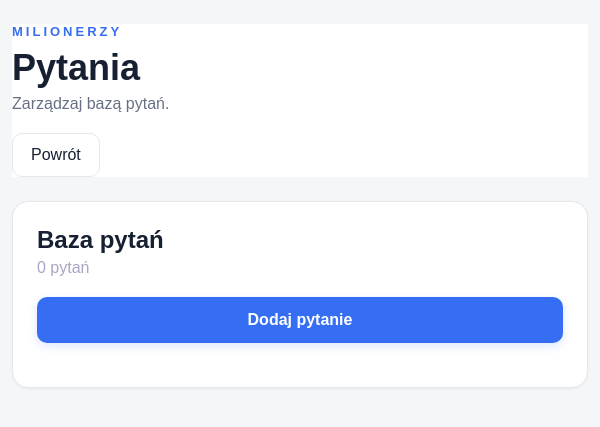
Repository: WaleonGames/HTGMilionerzy
Page: views/questions.html
The author's editor kept a copy of each file at every save. The page is drawn from the files as they stood at one save, then again after the next save.
The browser window is 600 px wide. The pictures show the whole page.

Above is the page before, as saved 2026-09-05 15:36:32.
Console error: TypeError: Cannot read properties of undefined (reading 'questions')

### views/questions.html
<!doctype html>
<html lang="pl">
<head>
  <meta charset="UTF-8">
  <meta name="viewport" content="width=device-width,initial-scale=1.0">

  <title>Milionerzy - Pytania</title>

  <link rel="stylesheet" href="../public/css/style.css">
  <link rel="stylesheet" href="../public/css/questions.css">
  <link rel="stylesheet" href="../public/css/design.css">
</head>
<body>
  <main class="questions-page">
    <header class="questions-header">
      <div>
        <span class="eyebrow">
          MILIONERZY
        </span>

        <h1>Pytania</h1>

        <p>
          Zarządzaj bazą pytań.
        </p>
      </div>

      <button
        id="backButton"
        class="back-button"
        type="button"
      >
        Powrót
      </button>
    </header>

    <section class="panel">
      <div class="list-header">
        <div>
          <h2>Baza pytań</h2>

          <span id="questionsCount">
            0 pytań
          </span>
        </div>

        <button
          id="addQuestionButton"
          class="primary-button"
          type="button"
        >
          Dodaj pytanie
        </button>
      </div>

      <div
        id="questionsList"
        class="questions-list"
      ></div>
    </section>
  </main>

  <div
    id="questionModal"
    class="modal-backdrop"
    hidden
  >
    <div
      class="modal"
      role="dialog"
      aria-modal="true"
      aria-labelledby="modalTitle"
    >
      <div class="modal-header">
        <div>
          <span class="eyebrow">
            PYTANIA
          </span>

          <h2 id="modalTitle">
            Dodaj pytanie
          </h2>
        </div>

        <button
          id="closeModalButton"
          class="modal-close"
          type="button"
          aria-label="Zamknij"
        >
          ×
        </button>
      </div>

      <form id="questionForm">
        <div class="field">
          <label for="questionInput">
            Treść pytania
          </label>

          <textarea
            id="questionInput"
            rows="4"
            placeholder="Wpisz treść pytania..."
            required
          ></textarea>
        </div>

        <div class="answers-grid">
          <label class="answer-field">
            <span>A</span>

            <input
              id="answerA"
              type="text"
              placeholder="Odpowiedź A"
              required
            >
          </label>

          <label class="answer-field">
            <span>B</span>

            <input
              id="answerB"
              type="text"
              placeholder="Odpowiedź B"
              required
            >
          </label>

          <label class="answer-field">
            <span>C</span>

            <input
              id="answerC"
              type="text"
              placeholder="Odpowiedź C"
              required
            >
          </label>

          <label class="answer-field">
            <span>D</span>

            <input
              id="answerD"
              type="text"
              placeholder="Odpowiedź D"
              required
            >
          </label>
        </div>

        <div class="field">
          <label for="correctAnswer">
            Poprawna odpowiedź
          </label>

          <select
            id="correctAnswer"
            required
          >
            <option value="">
              Wybierz...
            </option>

            <option value="A">
              A
            </option>

            <option value="B">
              B
            </option>

            <option value="C">
              C
            </option>

            <option value="D">
              D
            </option>
          </select>
        </div>

        <div class="modal-actions">
          <button
            id="cancelModalButton"
            class="secondary-button"
            type="button"
          >
            Anuluj
          </button>

          <button
            class="primary-button"
            type="submit"
          >
            Dodaj pytanie
          </button>
        </div>
      </form>
    </div>
  </div>

  <script src="../public/js/design.js"></script>
  <script src="../public/js/questions.js"></script>
</body>
</html>

### public/css/style.css
*{
  box-sizing:border-box;
  margin:0;
  padding:0;
}

html,
body{
  min-height:100%;
}

body{
  min-height:100vh;
  font-family:Arial,sans-serif;
  background:
    radial-gradient(circle at top,#171041 0,#090719 45%,#05040d 100%);
  color:#fff;
}

button,
input,
textarea,
select{
  font:inherit;
}

button{
  cursor:pointer;
}

.eyebrow{
  display:block;
  margin-bottom:8px;
  color:#9c8cff;
  font-size:13px;
  font-weight:700;
  letter-spacing:3px;
}

.main-menu{
  display:flex;
  flex-direction:column;
  justify-content:center;
  width:min(1000px,calc(100% - 40px));
  min-height:100vh;
  margin:0 auto;
  padding:40px 0;
}

.menu-header{
  margin-bottom:32px;
}

.menu-header h1{
  margin-bottom:8px;
  font-size:42px;
}

.menu-header p{
  color:#aaa4c5;
  font-size:17px;
}

.menu-grid{
  display:grid;
  grid-template-columns:1fr 1fr;
  gap:16px;
}

.menu-card{
  display:flex;
  flex-direction:column;
  align-items:flex-start;
  min-height:150px;
  padding:24px;
  border:1px solid #2c2751;
  border-radius:16px;
  background:#100d25;
  color:#fff;
  text-align:left;
  transition:
    transform .2s ease,
    border-color .2s ease,
    background .2s ease;
}

.menu-card:hover{
  transform:translateY(-2px);
  border-color:#6558a8;
  background:#171331;
}

.menu-card-primary{
  border-color:#5d4fd1;
  background:#251b65;
}

.menu-card-primary:hover{
  background:#30247c;
}

.menu-card-danger{
  border-color:#5a2730;
}

.menu-card-danger:hover{
  border-color:#a34050;
  background:#35151d;
}

.menu-card-title{
  margin-bottom:10px;
  font-size:22px;
  font-weight:700;
}

.menu-card-description{
  color:#aaa4c5;
  line-height:1.5;
}

.menu-card-primary .menu-card-description{
  color:#cbc5ff;
}

.panel{
  padding:24px;
  border:1px solid #29244d;
  border-radius:16px;
  background:#100d25;
}

.panel h2{
  margin-bottom:20px;
}

.field{
  display:flex;
  flex-direction:column;
  gap:8px;
  margin-bottom:18px;
}

.field label{
  color:#cbc7e5;
  font-size:14px;
  font-weight:700;
}

input,
textarea,
select{
  width:100%;
  padding:13px 14px;
  border:1px solid #37305f;
  border-radius:9px;
  outline:none;
  background:#0a081a;
  color:#fff;
}

input:focus,
textarea:focus,
select:focus{
  border-color:#705cff;
}

textarea{
  resize:vertical;
}

.primary-button{
  min-height:46px;
  padding:0 20px;
  border:0;
  border-radius:9px;
  background:#5b45e0;
  color:#fff;
  font-weight:700;
}

.primary-button:hover{
  background:#6c55ef;
}

@media(max-width:700px){
  .main-menu{
    width:calc(100% - 24px);
    padding:24px 0;
  }

  .menu-header h1{
    font-size:34px;
  }

  .menu-grid{
    grid-template-columns:1fr;
  }
}

### public/css/questions.css
.questions-page{
  width:min(1300px,calc(100% - 40px));
  margin:0 auto;
  padding:40px 0;
}

.questions-header{
  display:flex;
  align-items:center;
  justify-content:space-between;
  gap:20px;
  margin-bottom:24px;
}

.questions-header h1{
  margin:5px 0 6px;
  font-size:36px;
}

.questions-header p{
  color:#aaa4c5;
}

.back-button,
.secondary-button{
  min-height:44px;
  padding:0 18px;
  border:1px solid #37305f;
  border-radius:9px;
  background:#171331;
  color:#fff;
}

.back-button:hover,
.secondary-button:hover{
  background:#211b42;
}

.list-header{
  display:flex;
  align-items:center;
  justify-content:space-between;
  gap:20px;
  margin-bottom:20px;
}

.list-header h2{
  margin-bottom:5px;
}

.list-header span{
  color:#aaa4c5;
}

.questions-list{
  display:flex;
  flex-direction:column;
  gap:12px;
}

.question-card{
  padding:18px;
  border:1px solid #302a55;
  border-radius:12px;
  background:#0a081a;
}

.question-card-header{
  display:flex;
  align-items:flex-start;
  justify-content:space-between;
  gap:16px;
  margin-bottom:14px;
}

.question-card h3{
  font-size:17px;
  line-height:1.45;
}

.delete-button{
  flex:0 0 auto;
  min-height:36px;
  padding:0 12px;
  border:0;
  border-radius:8px;
  background:#401821;
  color:#ff8794;
}

.delete-button:hover{
  background:#56202b;
}

.question-answers{
  display:grid;
  grid-template-columns:1fr 1fr;
  gap:8px;
}

.question-answer{
  padding:10px 12px;
  border-radius:8px;
  background:#15112d;
  color:#ccc7df;
}

.question-answer strong{
  margin-right:6px;
  color:#9284ff;
}

.question-answer.correct{
  background:#123426;
  color:#79e7ad;
}

.empty-state{
  padding:40px 20px;
  border:1px dashed #37305f;
  border-radius:12px;
  color:#8e88a5;
  text-align:center;
}

.modal-backdrop{
  position:fixed;
  inset:0;
  z-index:1000;
  display:flex;
  align-items:center;
  justify-content:center;
  padding:24px;
  background:rgba(3,2,12,.78);
}

.modal-backdrop[hidden]{
  display:none;
}

.modal{
  width:min(680px,100%);
  max-height:calc(100vh - 48px);
  overflow:auto;
  padding:24px;
  border:1px solid #312b58;
  border-radius:16px;
  background:#100d25;
}

.modal-header{
  display:flex;
  align-items:flex-start;
  justify-content:space-between;
  gap:20px;
  margin-bottom:24px;
}

.modal-header h2{
  margin-top:4px;
  font-size:26px;
}

.modal-close{
  display:flex;
  align-items:center;
  justify-content:center;
  width:42px;
  height:42px;
  border:1px solid #37305f;
  border-radius:9px;
  background:#171331;
  color:#fff;
  font-size:26px;
}

.modal-close:hover{
  background:#211b42;
}

.answers-grid{
  display:grid;
  grid-template-columns:1fr 1fr;
  gap:12px;
  margin-bottom:18px;
}

.answer-field{
  display:flex;
  align-items:center;
  overflow:hidden;
  border:1px solid #37305f;
  border-radius:9px;
  background:#0a081a;
}

.answer-field span{
  display:flex;
  align-items:center;
  justify-content:center;
  align-self:stretch;
  width:46px;
  background:#1a1636;
  color:#9d8fff;
  font-weight:700;
}

.answer-field input{
  border:0;
  border-radius:0;
}

.modal-actions{
  display:flex;
  justify-content:flex-end;
  gap:12px;
  margin-top:24px;
}

@media(max-width:700px){
  .questions-page{
    width:calc(100% - 24px);
    padding:24px 0;
  }

  .questions-header,
  .list-header{
    align-items:flex-start;
    flex-direction:column;
  }

  .answers-grid,
  .question-answers{
    grid-template-columns:1fr;
  }

  .list-header .primary-button{
    width:100%;
  }

  .modal-actions{
    flex-direction:column-reverse;
  }

  .modal-actions button{
    width:100%;
  }
}

### public/css/design.css
:root{
  --design-bg:#f5f6f8;

  --design-surface:#ffffff;
  --design-surface-soft:#f8fafc;
  --design-surface-hover:#f3f5f7;
  --design-surface-active:#eef4ff;

  --design-text:#172033;
  --design-text-soft:#344054;
  --design-muted:#667085;
  --design-placeholder:#98a2b3;

  --design-border:#e4e7ec;
  --design-border-strong:#d0d5dd;

  --design-primary:#356df3;
  --design-primary-hover:#285bd4;
  --design-primary-light:#eaf0ff;

  --design-danger:#b42318;
  --design-danger-hover:#912018;
  --design-danger-light:#fef3f2;
  --design-danger-border:#fecdca;

  --design-success:#067647;
  --design-success-light:#ecfdf3;

  --design-warning:#b54708;
  --design-warning-light:#fffaeb;

  --design-radius-sm:8px;
  --design-radius-md:10px;
  --design-radius-lg:14px;
  --design-radius-xl:18px;

  --design-shadow-sm:0 1px 3px rgba(16,24,40,.06);
  --design-shadow-md:0 8px 24px rgba(16,24,40,.08);
  --design-shadow-lg:0 16px 40px rgba(16,24,40,.12);
}

/* =========================
   RESET / GLOBAL
========================= */

html{
  background:var(--design-bg) !important;
}

body{
  background:var(--design-bg) !important;
  color:var(--design-text) !important;
}

body,
button,
input,
select,
textarea{
  font-family:Arial,sans-serif !important;
}

button,
input,
select,
textarea{
  font-size:inherit;
}

button{
  cursor:pointer;
}

a{
  color:inherit;
}

/* =========================
   PAGE BACKGROUNDS
========================= */

.main-menu,
.questions-page,
.settings-layout,
.settings-content{
  background:var(--design-bg) !important;
}

/* =========================
   WHITE SURFACES
========================= */

header,
.header,
.topbar,
.menu-header,
.questions-header,
.sidebar,
.settings-sidebar,
.panel,
.card,
.modal,
.modal-content,
.settings-card,
.question-card{
  background:var(--design-surface) !important;
  color:var(--design-text) !important;
}

/* =========================
   HEADERS
========================= */

.menu-header,
.questions-header,
.topbar{
  border-color:var(--design-border) !important;
}

h1,
h2,
h3,
h4,
h5,
h6{
  color:var(--design-text) !important;
}

p,
.description,
.subtitle,
.muted,
small{
  color:var(--design-muted) !important;
}

.eyebrow{
  color:var(--design-primary) !important;
}

/* =========================
   PANELS / CARDS
========================= */

.panel,
.card,
.settings-card,
.question-card{
  background:#fff !important;
  border-color:var(--design-border) !important;
  box-shadow:var(--design-shadow-sm) !important;
}

.card:hover,
.question-card:hover{
  border-color:var(--design-border-strong) !important;
}

/* =========================
   MAIN MENU CARDS
========================= */

.menu-card{
  background:#fff !important;
  color:var(--design-text) !important;

  border:1px solid var(--design-border) !important;

  border-radius:var(--design-radius-lg) !important;

  box-shadow:var(--design-shadow-sm) !important;
}

.menu-card:hover{
  background:var(--design-surface-hover) !important;
  border-color:var(--design-border-strong) !important;
}

.menu-card-title{
  color:var(--design-text) !important;
}

.menu-card-description{
  color:var(--design-muted) !important;
}

/* =========================
   PRIMARY MENU CARD
========================= */

.menu-card-primary{
  background:var(--design-primary) !important;
  border-color:var(--design-primary) !important;

  color:#fff !important;
}

.menu-card-primary:hover{
  background:var(--design-primary-hover) !important;
  border-color:var(--design-primary-hover) !important;
}

.menu-card-primary .menu-card-title,
.menu-card-primary .menu-card-description{
  color:#fff !important;
}

.menu-card-primary .menu-card-description{
  opacity:.82;
}

/* =========================
   DANGER MENU CARD
========================= */

.menu-card-danger{
  background:#fff !important;

  border-color:var(--design-danger-border) !important;

  color:var(--design-danger) !important;
}

.menu-card-danger:hover{
  background:var(--design-danger-light) !important;
}

.menu-card-danger .menu-card-title{
  color:var(--design-danger) !important;
}

.menu-card-danger .menu-card-description{
  color:#b5473e !important;
}

/* =========================
   INPUTS
========================= */

input,
select,
textarea{
  background:#fff !important;

  color:var(--design-text) !important;

  border:1px solid var(--design-border-strong) !important;

  border-radius:var(--design-radius-md) !important;

  outline:none !important;
}

input::placeholder,
textarea::placeholder{
  color:var(--design-placeholder) !important;
}

input:hover,
select:hover,
textarea:hover{
  border-color:#b8c0cc !important;
}

input:focus,
select:focus,
textarea:focus{
  border-color:var(--design-primary) !important;

  box-shadow:
    0 0 0 3px rgba(53,109,243,.12) !important;

  outline:none !important;
}

select{
  background-color:#fff !important;
}

/* =========================
   TEXTAREA
========================= */

textarea{
  resize:vertical;
}

/* =========================
   NORMAL BUTTON
========================= */

button{
  border-radius:var(--design-radius-md) !important;
}

button:not(
  .button-primary
):not(
  .primary-button
):not(
  .primary
):not(
  .menu-card
):not(
  .danger
):not(
  .delete-button
):not(
  .menu-card-danger
){
  background:#fff !important;

  color:var(--design-text) !important;

  border-color:var(--design-border) !important;
}

button:not(
  .button-primary
):not(
  .primary-button
):not(
  .primary
):not(
  .menu-card
):not(
  .danger
):not(
  .delete-button
):not(
  .menu-card-danger
):hover{
  background:var(--design-surface-hover) !important;

  border-color:var(--design-border-strong) !important;
}

/* =========================
   PRIMARY BUTTONS
========================= */

.button-primary,
.primary-button,
.primary,
[data-primary]{
  background:var(--design-primary) !important;

  color:#fff !important;

  border-color:var(--design-primary) !important;

  box-shadow:
    0 3px 10px rgba(53,109,243,.18) !important;
}

.button-primary:hover,
.primary-button:hover,
.primary:hover,
[data-primary]:hover{
  background:var(--design-primary-hover) !important;

  border-color:var(--design-primary-hover) !important;
}

/* =========================
   SECONDARY BUTTONS
========================= */

.button-secondary,
.secondary-button,
.back-button,
.icon-button,
.modal-close{
  background:#fff !important;

  color:var(--design-text-soft) !important;

  border-color:var(--design-border) !important;
}

.button-secondary:hover,
.secondary-button:hover,
.back-button:hover,
.icon-button:hover,
.modal-close:hover{
  background:var(--design-surface-hover) !important;

  border-color:var(--design-border-strong) !important;
}

/* =========================
   DANGER BUTTONS
========================= */

.delete-button,
.danger{
  background:var(--design-danger-light) !important;

  color:var(--design-danger) !important;

  border-color:var(--design-danger-border) !important;
}

.delete-button:hover,
.danger:hover{
  background:#fee4e2 !important;

  color:var(--design-danger-hover) !important;

  border-color:#fda29b !important;
}

/* =========================
   BUTTON DISABLED
========================= */

button:disabled{
  opacity:.55 !important;
  cursor:not-allowed !important;
}

/* =========================
   SIDEBAR
========================= */

.sidebar,
.settings-sidebar{
  background:#fff !important;

  border-color:var(--design-border) !important;
}

.sidebar a,
.sidebar button,
.settings-tab{
  color:var(--design-text-soft) !important;
}

.sidebar a:hover,
.sidebar button:hover,
.settings-tab:hover{
  background:var(--design-surface-hover) !important;

  color:var(--design-text) !important;
}

.sidebar .active,
.sidebar a.active,
.sidebar button.active,
.settings-tab.active{
  background:var(--design-primary-light) !important;

  color:var(--design-primary) !important;
}

.settings-tab.active::before{
  background:var(--design-primary) !important;
}

/* =========================
   QUESTIONS
========================= */

.questions-list{
  background:transparent !important;
}

.question-card{
  background:#fff !important;

  border:1px solid var(--design-border) !important;

  border-radius:var(--design-radius-lg) !important;
}

.question-card-header{
  border-color:var(--design-border) !important;
}

.question-answer{
  background:var(--design-surface-soft) !important;

  color:var(--design-text-soft) !important;

  border-color:var(--design-border) !important;
}

.question-answer.correct{
  background:var(--design-success-light) !important;

  color:var(--design-success) !important;

  border-color:#abefc6 !important;
}

.empty-state{
  background:#fff !important;

  color:var(--design-muted) !important;

  border-color:var(--design-border) !important;
}

/* =========================
   ANSWER INPUTS
========================= */

.answer-field{
  background:var(--design-surface-soft) !important;

  border-color:var(--design-border) !important;
}

.answer-field>span{
  color:var(--design-primary) !important;
}

/* =========================
   MODAL BACKDROP
========================= */

.modal-backdrop,
.modal-overlay{
  background:rgba(15,23,42,.46) !important;

  backdrop-filter:blur(2px);
}

/* =========================
   MODAL
========================= */

.modal,
.modal-content{
  background:#fff !important;

  color:var(--design-text) !important;

  border-color:var(--design-border) !important;

  box-shadow:var(--design-shadow-lg) !important;
}

.modal-header{
  background:#fff !important;

  border-color:var(--design-border) !important;
}

.modal-actions{
  border-color:var(--design-border) !important;
}

/* =========================
   SETTINGS
========================= */

.settings-card{
  background:#fff !important;
}

.switch-row{
  background:var(--design-surface-soft) !important;

  border-color:var(--design-border) !important;
}

.switch-row:hover{
  background:var(--design-surface-hover) !important;

  border-color:var(--design-border-strong) !important;
}

/* =========================
   SETTINGS SWITCH
========================= */

.switch-row input[type="checkbox"]{
  border:0 !important;

  background:#cbd5e1 !important;

  box-shadow:none !important;
}

.switch-row input[type="checkbox"]:checked{
  background:var(--design-primary) !important;
}

/* =========================
   PRIZE TREE
========================= */

.prize-level{
  background:var(--design-surface-soft) !important;

  border-color:var(--design-border) !important;
}

.prize-level:hover{
  border-color:var(--design-border-strong) !important;
}

.prize-level-number{
  color:var(--design-text-soft) !important;
}

/* =========================
   CHECKBOX / RADIO
========================= */

input[type="checkbox"],
input[type="radio"]{
  accent-color:var(--design-primary) !important;
}

/* =========================
   RANGE
========================= */

input[type="range"]{
  accent-color:var(--design-primary) !important;
}

/* =========================
   COLOR INPUT
========================= */

input[type="color"]{
  background:#fff !important;

  border-color:var(--design-border-strong) !important;
}

/* =========================
   TABLE
========================= */

table{
  background:#fff !important;

  color:var(--design-text) !important;

  border-color:var(--design-border) !important;
}

thead{
  background:var(--design-surface-soft) !important;
}

th{
  color:var(--design-text-soft) !important;
}

th,
td{
  border-color:var(--design-border) !important;
}

tbody tr:hover td{
  background:#fafbfc !important;
}

/* =========================
   STATUS MESSAGE
========================= */

.status-message{
  background:var(--design-text) !important;

  color:#fff !important;

  box-shadow:var(--design-shadow-md) !important;
}

/* =========================
   SCROLLBAR
========================= */

*{
  scrollbar-color:#cbd5e1 transparent;
}

*::-webkit-scrollbar{
  width:9px;
  height:9px;
}

*::-webkit-scrollbar-track{
  background:transparent;
}

*::-webkit-scrollbar-thumb{
  background:#cbd5e1;

  border-radius:999px;
}

*::-webkit-scrollbar-thumb:hover{
  background:#aeb8c5;
}

/* =========================
   SELECTION
========================= */

::selection{
  background:#dbe7ff !important;

  color:var(--design-text) !important;
}

/* =========================
   DESIGN MARKER
========================= */

html[data-design="white"]{
  color-scheme:light !important;
}

body.design-loaded{
  visibility:visible !important;
}

Loaded but not shown: public/js/questions.js (220 lines, source omitted); public/js/design.js (52 lines, source omitted)

After the next save:
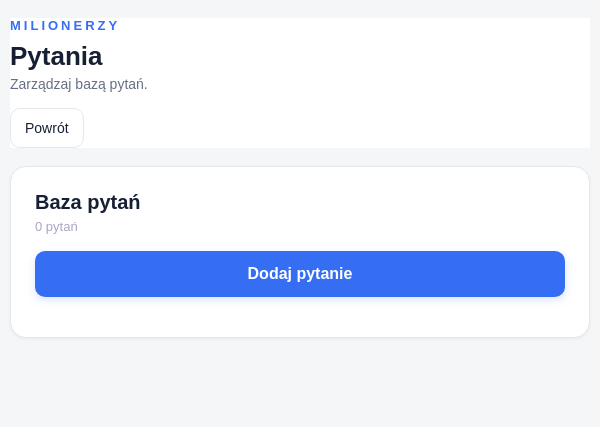
Saved 54 s later.
--- a/public/css/questions.css
+++ b/public/css/questions.css
@@ -1,34 +1,36 @@
 .questions-page{
-  width:min(1300px,calc(100% - 40px));
+  width:min(1100px,calc(100% - 32px));
   margin:0 auto;
-  padding:40px 0;
+  padding:28px 0;
 }
 
 .questions-header{
   display:flex;
   align-items:center;
   justify-content:space-between;
-  gap:20px;
-  margin-bottom:24px;
+  gap:16px;
+  margin-bottom:18px;
 }
 
 .questions-header h1{
-  margin:5px 0 6px;
-  font-size:36px;
+  margin:4px 0 4px;
+  font-size:30px;
 }
 
 .questions-header p{
+  font-size:14px;
   color:#aaa4c5;
 }
 
 .back-button,
 .secondary-button{
-  min-height:44px;
-  padding:0 18px;
+  min-height:40px;
+  padding:0 14px;
   border:1px solid #37305f;
-  border-radius:9px;
+  border-radius:8px;
   background:#171331;
   color:#fff;
+  font-size:14px;
 }
 
 .back-button:hover,
@@ -40,52 +42,55 @@
   display:flex;
   align-items:center;
   justify-content:space-between;
-  gap:20px;
-  margin-bottom:20px;
+  gap:16px;
+  margin-bottom:16px;
 }
 
 .list-header h2{
-  margin-bottom:5px;
+  margin-bottom:3px;
+  font-size:20px;
 }
 
 .list-header span{
+  font-size:13px;
   color:#aaa4c5;
 }
 
 .questions-list{
   display:flex;
   flex-direction:column;
+  gap:9px;
+}
+
+.question-card{
+  padding:14px;
+  border:1px solid #302a55;
+  border-radius:10px;
+  background:#0a081a;
+}
+
+.question-card-header{
+  display:flex;
+  align-items:flex-start;
+  justify-content:space-between;
   gap:12px;
-}
-
-.question-card{
-  padding:18px;
-  border:1px solid #302a55;
-  border-radius:12px;
-  background:#0a081a;
-}
-
-.question-card-header{
-  display:flex;
-  align-items:flex-start;
-  justify-content:space-between;
-  gap:16px;
-  margin-bottom:14px;
+  margin-bottom:10px;
 }
 
 .question-card h3{
-  font-size:17px;
-  line-height:1.45;
+  font-size:15px;
+  line-height:1.4;
 }
 
 .delete-button{
   flex:0 0 auto;
-  min-height:36px;
-  padding:0 12px;
+  min-height:32px;
+  padding:0 10px;
   border:0;
-  border-radius:8px;
+  border-radius:7px;
   background:#401821;
   color:#ff8794;
+  font-size:13px;
 }
 
 .delete-button:hover{
@@ -95,18 +100,19 @@
 .question-answers{
   display:grid;
   grid-template-columns:1fr 1fr;
-  gap:8px;
+  gap:6px;
 }
 
 .question-answer{
-  padding:10px 12px;
-  border-radius:8px;
+  padding:8px 10px;
+  border-radius:7px;
   background:#15112d;
   color:#ccc7df;
+  font-size:14px;
 }
 
 .question-answer strong{
-  margin-right:6px;
+  margin-right:4px;
   color:#9284ff;
 }
 
@@ -116,11 +122,12 @@
 }
 
 .empty-state{
-  padding:40px 20px;
+  padding:28px 16px;
   border:1px dashed #37305f;
-  border-radius:12px;
+  border-radius:10px;
   color:#8e88a5;
   text-align:center;
+  font-size:14px;
 }
 
 .modal-backdrop{
@@ -130,7 +137,7 @@
   display:flex;
   align-items:center;
   justify-content:center;
-  padding:24px;
+  padding:16px;
   background:rgba(3,2,12,.78);
 }
 
@@ -139,12 +146,12 @@
 }
 
 .modal{
-  width:min(680px,100%);
-  max-height:calc(100vh - 48px);
+  width:min(580px,100%);
+  max-height:calc(100vh - 32px);
   overflow:auto;
-  padding:24px;
+  padding:18px;
   border:1px solid #312b58;
-  border-radius:16px;
+  border-radius:13px;
   background:#100d25;
 }
 
@@ -152,26 +159,26 @@
   display:flex;
   align-items:flex-start;
   justify-content:space-between;
-  gap:20px;
-  margin-bottom:24px;
+  gap:16px;
+  margin-bottom:18px;
 }
 
 .modal-header h2{
-  margin-top:4px;
-  font-size:26px;
+  margin-top:3px;
+  font-size:22px;
 }
 
 .modal-close{
   display:flex;
   align-items:center;
   justify-content:center;
-  width:42px;
-  height:42px;
+  width:36px;
+  height:36px;
   border:1px solid #37305f;
-  border-radius:9px;
+  border-radius:8px;
   background:#171331;
   color:#fff;
-  font-size:26px;
+  font-size:22px;
 }
 
 .modal-close:hover{
@@ -181,16 +188,17 @@
 .answers-grid{
   display:grid;
   grid-template-columns:1fr 1fr;
-  gap:12px;
-  margin-bottom:18px;
+  gap:9px;
+  margin-bottom:14px;
 }
 
 .answer-field{
   display:flex;
   align-items:center;
   overflow:hidden;
+  min-height:40px;
   border:1px solid #37305f;
-  border-radius:9px;
+  border-radius:8px;
   background:#0a081a;
 }
 
@@ -199,28 +207,31 @@
   align-items:center;
   justify-content:center;
   align-self:stretch;
-  width:46px;
+  width:40px;
   background:#1a1636;
   color:#9d8fff;
+  font-size:13px;
   font-weight:700;
 }
 
 .answer-field input{
+  min-height:40px;
   border:0;
   border-radius:0;
+  font-size:14px;
 }
 
 .modal-actions{
   display:flex;
   justify-content:flex-end;
-  gap:12px;
-  margin-top:24px;
+  gap:9px;
+  margin-top:18px;
 }
 
 @media(max-width:700px){
   .questions-page{
-    width:calc(100% - 24px);
-    padding:24px 0;
+    width:calc(100% - 20px);
+    padding:18px 0;
   }
 
   .questions-header,
@@ -229,6 +240,10 @@
     flex-direction:column;
   }
 
+  .questions-header h1{
+    font-size:26px;
+  }
+
   .answers-grid,
   .question-answers{
     grid-template-columns:1fr;
@@ -238,6 +253,10 @@
     width:100%;
   }
 
+  .modal{
+    padding:14px;
+  }
+
   .modal-actions{
     flex-direction:column-reverse;
   }
